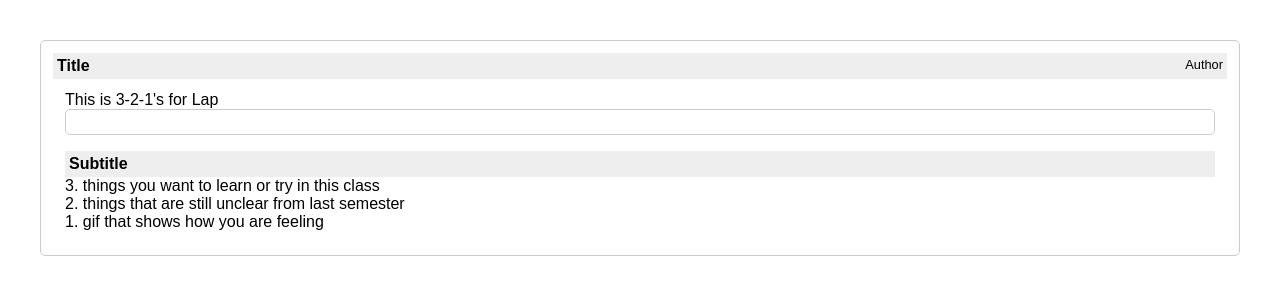
Repository: HyunJunggggg/MDIA2109
Page: index.html
The author's editor kept a copy of each file at every save. The page is drawn from the files as they stood at one save, then again after a run of saves.
The browser window is 1280 px wide. The pictures show the whole page.

Above is the page before, as saved 2025-01-23 15:48:06.

After the next 3 saves:
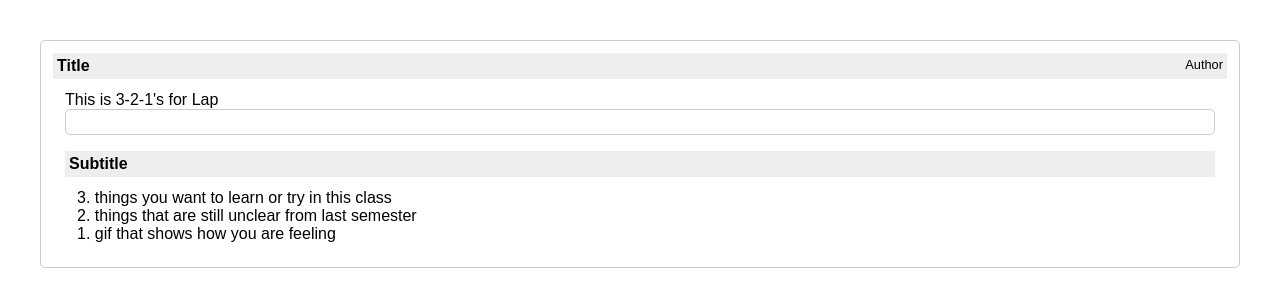
The 3 saves are shown as one change because they came seconds apart.
The last was saved 18 s later.
--- a/index.html
+++ b/index.html
@@ -23,6 +23,7 @@
                     <header class="container__header">
                         <div class="container__title">Subtitle</div>
                       </header>
+                    <div class="container__content">
                     <ul>
                         <li>
                             3. things you want to learn or try in this class
